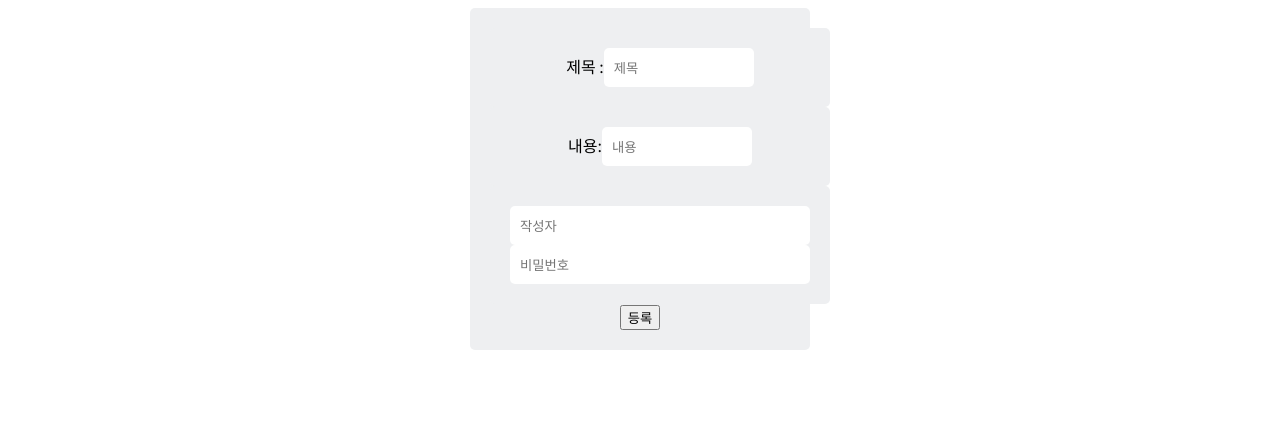
Repository: tae10/app-board-solo
Page: http://localhost/app-board/create
The author's editor kept a copy of each file at every save. The page is drawn from the files as they stood at one save, then again after the next save.
The browser window is 1280 px wide. The pictures show the whole page.
The page is served by Tomcat 9. Other server files are loaded and not shown.

Above is the page before, as saved 2023-04-10 14:22:43.

### app-board/src/main/webapp/WEB-INF/views/board/create.jsp
<%@ page language="java" contentType="text/html; charset=UTF-8"
	pageEncoding="UTF-8"%>
<%@ taglib prefix="c" uri="http://java.sun.com/jsp/jstl/core"%>
<!DOCTYPE html>
<html>
<head>
<meta charset="UTF-8">
<title>Insert title here</title>
<link rel="stylesheet" href="/resource/css/style.css?${millis }" />
</head>
<body>
	<div>
		<form action="/create-task" autocomplete="off">
			<div class="sign-form labe">
				제목 :<input style="width: 150px" type="text" name="title" placeholder="제목">
			</div>
			<div>
				내용:<input style="width: 150px" height="150px" class="container" type="text" name="content" placeholder="내용" >
			</div>
			<c:if test="${empty sessionScope.logonUser }">
				<div>
					<input type="text" name="writer" placeholder="작성자">
					<input type="text" name="boardPass" placeholder="비밀번호">
				</div>
			</c:if>
			<button id="btn-dark" type="submit">등록</button>
		</form>
	</div>
</body>
</html>

### app-board/src/main/java/controller/CreateController.java
package controller;

import java.io.IOException;

import javax.servlet.ServletException;
import javax.servlet.annotation.WebServlet;
import javax.servlet.http.HttpServlet;
import javax.servlet.http.HttpServletRequest;
import javax.servlet.http.HttpServletResponse;

@WebServlet("/create")
public class CreateController extends HttpServlet{

	@Override
	protected void service(HttpServletRequest req, HttpServletResponse resp) throws ServletException, IOException {



		req.getRequestDispatcher("/WEB-INF/views/board/create.jsp").forward(req, resp);
	}

}

### app-board/src/main/webapp/resource/css/style.css
@import url('https://fonts.googleapis.com/css2?family=Noto+Sans+KR:wght@100;300;400;500;700;900&display=swap');

        * {
            font-family: 'Noto Sans KR', sans-serif;
        }

        body {
            background-color: #0000;
        }

        div {
            margin: auto;
            width: 300px;
            background-color: #EEEFF1;
            border-radius: 5px;
            text-align: center;
            padding: 20px;
        }

        input {
            width: 100%;
            padding: 10px;
            box-sizing: border-box;
            border-radius: 5px;
            border: none;
        }

        .in {
            margin-bottom: 10px;
        }

        #btn {
            background-color: #1BBC9B;
            margin-bottom: 30px;
            color: white;
        }

        a {
            text-decoration: none;
            color: #9B9B9B;
            font-size: 12px;
        }

After the next save:
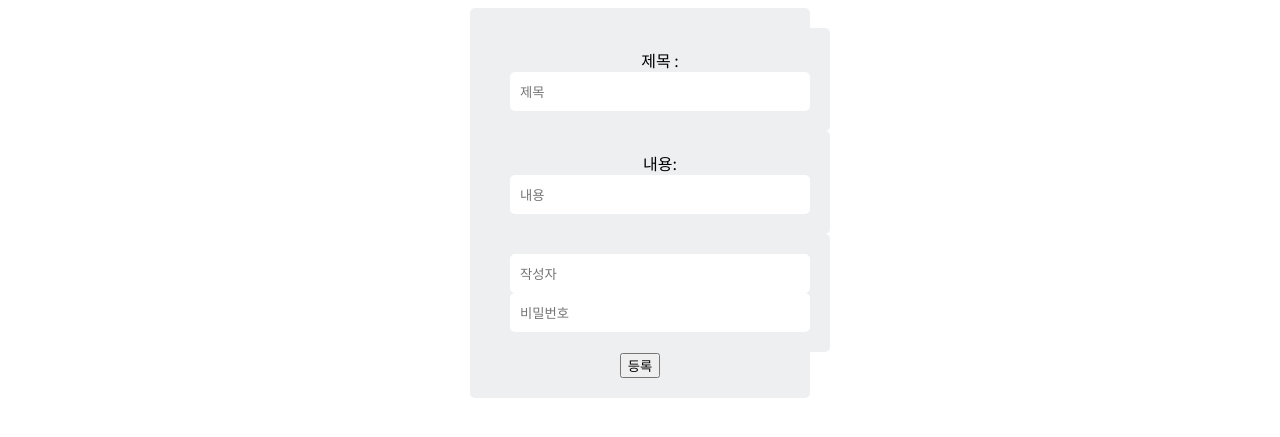
Saved 49 s later.
--- a/app-board/src/main/webapp/WEB-INF/views/board/create.jsp
+++ b/app-board/src/main/webapp/WEB-INF/views/board/create.jsp
@@ -12,14 +12,14 @@
 	<div>
 		<form action="/create-task" autocomplete="off">
 			<div class="sign-form labe">
-				제목 :<input style="width: 150px" type="text" name="title" placeholder="제목">
+				제목 :<input  type="text" name="title" placeholder="제목">
 			</div>
 			<div>
-				내용:<input style="width: 150px" height="150px" class="container" type="text" name="content" placeholder="내용" >
+				내용:<input   class="container" type="text" name="content" placeholder="내용" >
 			</div>
 			<c:if test="${empty sessionScope.logonUser }">
 				<div>
-					<input type="text" name="writer" placeholder="작성자">
+					<input  style=width:"150px" type="text" name="writer" placeholder="작성자">
 					<input type="text" name="boardPass" placeholder="비밀번호">
 				</div>
 			</c:if>
